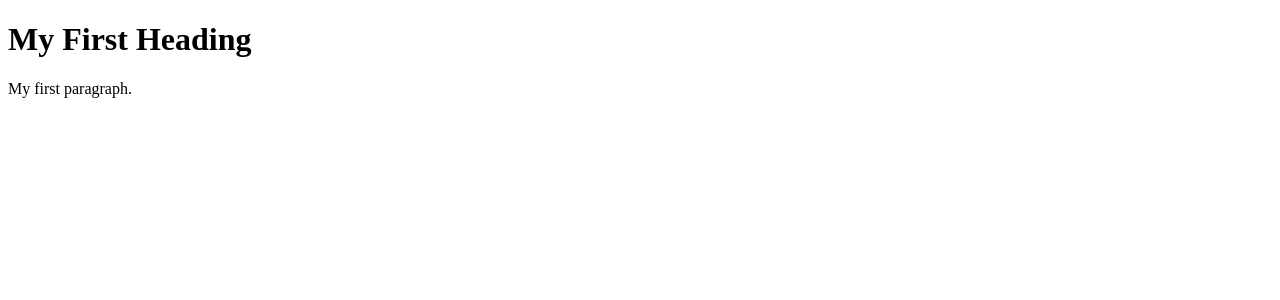
Repository: GunnarStone/GunnarStone.github.io
Page: index.html
The author's editor kept a record of every edit. The page is drawn from the files as they stood at one moment, then again after the next edit.
The browser window is 1280 px wide. The pictures show the whole page.

Above is the page before.

After the next edit:
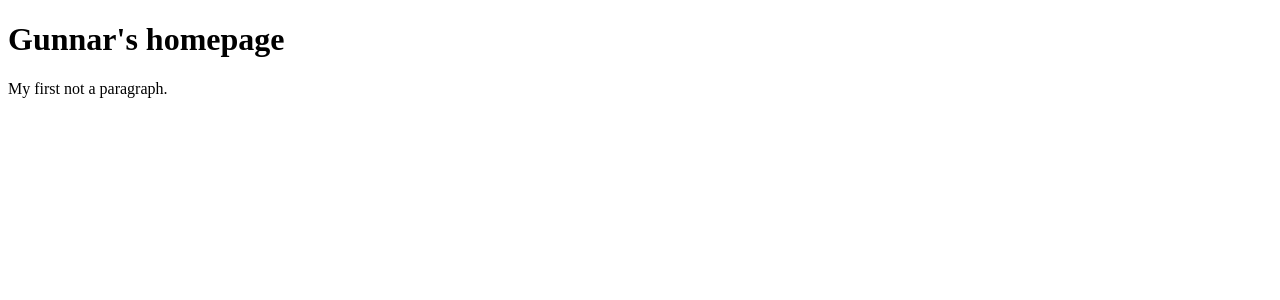
The edit:
--- a/index.html
+++ b/index.html
@@ -8,8 +8,8 @@
     </head>
     <body>
 
-    <h1>My First Heading</h1>
-    <p>My first paragraph.</p>
+    <h1>Gunnar's homepage</h1>
+    <p>My first not a paragraph.</p>
 
     </body>
 </html>
